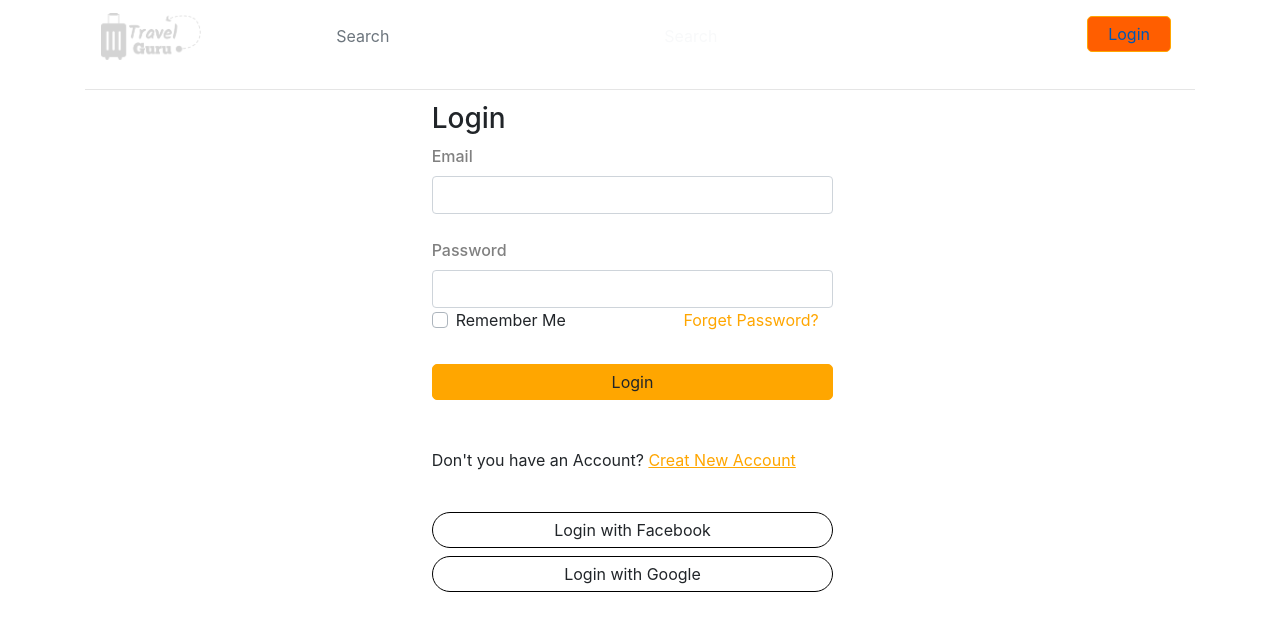
Repository: YunProgrammer/travel-website-project-tho
Page: /login (app in client/)
These files come from the project's save history. The page is drawn as it stood at one moment and after the next save; the edit follows.
The browser window is 1280 px wide. The pictures show the whole page.
The pointer rests on the first visible `.myBtn`.
The project was rebuilt for these pictures with package versions that can differ from the ones it lists, and the page was loaded fresh each time. A package was used in the major version that the imports need, not the one package.json lists. Also part of the build but not shown: client/src/App.css, client/src/Components/HomePage/data.js, client/src/Components/HomePage/HomePage.js, client/src/Components/BookingPage/BookingPage.js, client/src/Components/PrivateRoute/PrivateRoute.js, client/src/Components/SearchPage/searchData.js, client/src/Components/SearchPage/SearchShower.js, client/src/Components/SearchPage/SearchPage.js and 2 more.

Above is the page before, as saved 2020-09-19 20:32:03.

### client/src/index.js
// import React from 'react';
// import ReactDOM from 'react-dom';
// import './index.css';
// import App from './App';
// import * as serviceWorker from './serviceWorker';
// import './index.css';
// import { BrowserRouter } from 'react-router-dom';
// ReactDOM.render(
//   <React.StrictMode>
//     <BrowserRouter>
//     <App />
//     </BrowserRouter>
//   </React.StrictMode>,
//   document.getElementById('root')
// );

// If you want your app to work offline and load faster, you can change
// unregister() to register() below. Note this comes with some pitfalls.
// Learn more about service workers: https://bit.ly/CRA-PWA
// serviceWorker.unregister();
import React from 'react';
import ReactDOM from 'react-dom/client';
import './index.css';
import App from './App';
import { BrowserRouter } from 'react-router-dom';
import { AuthProvider } from './Components/authProvider';
const root = ReactDOM.createRoot(document.getElementById('root'));
root.render(
  <React.StrictMode>
    <BrowserRouter>
    <AuthProvider>
        <App />
    </AuthProvider>
    </BrowserRouter>

  </React.StrictMode>
);

### client/src/index.css
@import url('https://fonts.googleapis.com/css2?family=Open+Sans:wght@400;500;600;700&display=swap');


body {
  margin: 0;
  font-family: -apple-system, BlinkMacSystemFont, 'Segoe UI', 'Roboto', 'Oxygen',
    'Ubuntu', 'Cantarell', 'Fira Sans', 'Droid Sans', 'Helvetica Neue',
    sans-serif;
  -webkit-font-smoothing: antialiased;
  -moz-osx-font-smoothing: grayscale;
}

code {
  font-family: source-code-pro, Menlo, Monaco, Consolas, 'Courier New',
    monospace;
}
@tailwind base;
@tailwind components;
@tailwind utilities;

### client/src/App.js
import React from 'react';
import { createContext, useState } from 'react';
import './App.css';
import {
  BrowserRouter as Router,
  Switch,
  Route
} from "react-router-dom";
import HomePage from './Components/HomePage/HomePage';
import BookingPage from './Components/BookingPage/BookingPage';
import NavBar from './Components/NavBar/NavBar';
import LogInPage from './Components/LogInPage/LogInPage';
import PrivateRoute from './Components/PrivateRoute/PrivateRoute';
import SearchPage from './Components/SearchPage/SearchPage';
import NotFoundPage from './Components/NotFoundPage/NotFoundPage';

export const userStatusContext = createContext();

function App() {
  const[userStatus, setUserStatus] = useState({
    isNewUser: false,
  });

  return (
    <userStatusContext.Provider value={[userStatus, setUserStatus]}>
    <Router>
      <NavBar />
      <Switch>
        <Route exact path="/" component={HomePage} />
        <Route exact path="/booking/:category" component={BookingPage} />
        <Route exact path="/login" component={LogInPage} />
        <PrivateRoute exact path="/searches">
          <SearchPage />
        </PrivateRoute>
        <Route exact path="*" component={NotFoundPage}/>
      </Switch>
    </Router>
    </userStatusContext.Provider>
  );
}

export default App;

### client/src/Components/authProvider/index.js
import { createContext, useState } from "react";

const AuthContext = createContext({});

export const AuthProvider = ({ children }) => {
    const [auth, setAuth] = useState({});

    return (
        <AuthContext.Provider value={{ auth, setAuth }}>
            {children}
        </AuthContext.Provider>
    )
}

export default AuthContext;

### client/src/Components/NavBar/NavBar.js
import React, { useContext } from 'react';
import logo from '../../images/Logo.png';
import '../HomePage/HomePage.css';
import { Link } from "react-router-dom";
import * as firebase from "firebase/app";
import { Form, FormControl, Nav, Navbar, Container, Button} from 'react-bootstrap';
import { userStatusContext } from '../../App';

const NavBar = () => {
    const NavLinksClassVersion = "ml-sm-2 ml-3 mr-sm-2 mr-3 navLinks";
    const[userStatus, setUserStatus] = useContext(userStatusContext);
    console.log(userStatus);
    //signOut operation starts from here
    const signOut = () => {
        firebase.auth().signOut().then(function() {
            // Sign-out successful.
        }).catch(function(error) {
        // An error happened.
        });
        const updateUserStatus = {...userStatus};
        delete updateUserStatus.authorized;
        setUserStatus(updateUserStatus);
    }

    return (
        <div>
            <Container className="fixed-top">
            <Navbar className="myNavStyle">
            <Navbar.Brand><Link to="/"><img src={logo} alt="" className="logo"/></Link></Navbar.Brand>
            <Navbar.Toggle aria-controls="basic-navbar-nav" />
            <Navbar.Collapse id="basic-navbar-nav">
                <Form inline className="ml-sm-2 ml-md-auto">
                <FormControl type="text" placeholder="Search" className="mr-sm-2 border border-white rounded-pill mySearchStyle"/>
                <Button variant="outline-light" className="border border-white rounded-pill">Search</Button>
                </Form>
                <Nav>
                <Nav.Link href="#" className={NavLinksClassVersion}>News</Nav.Link>
                <Nav.Link href="#" className={NavLinksClassVersion}>Destination</Nav.Link>
                <Nav.Link href="#" className={NavLinksClassVersion}>Blog</Nav.Link>
                <Nav.Link href="#" className={NavLinksClassVersion}>Contact</Nav.Link>
                {
                    userStatus.authorized
                    ?   <button className="ml-sm-2 ml-3 mr-sm-2 mr-3 myBtn" onClick={signOut}>Logout</button>
                    :   <Link to="/login"><button className="ml-sm-2 ml-3 mr-sm-2 mr-3 myBtn">Login</button></Link>
                }
                </Nav>
            </Navbar.Collapse>
            </Navbar>
            <hr/>
            </Container>
        </div>
    );
};

export default NavBar;

### client/src/Components/LogInPage/LogInPage.js
import React, { useContext, useState } from 'react';
import '../HomePage/HomePage.css';
import { Link, useHistory, useLocation } from "react-router-dom";
import { Form, Row, Col, Alert } from 'react-bootstrap';
import * as firebase from "firebase/app";
import "firebase/auth";
import firebaseConfig from '../../firebase.config';
import { userStatusContext } from '../../App';


//styling portion is here
const LogInPageStyle = {
    LogInPageStyle:{
        paddingTop: '8%',
        paddingBottom: '2%',
    },
    inputText:{
        color: 'grey',
        fontWeight: '500',
    },
    optionalBtn:{
        width: '100%',
        border:'1px solid black',
        borderRadius: '25px',
        padding: '5px 0px',
    },
    link:{
        color: 'rgb(255, 166, 0)',
        cursor: 'pointer',
        textDecoration: 'underline',
    }

}
//Styling portion ends here


//firebase initialization
firebase.initializeApp(firebaseConfig);


const LogInPage = () => {

    const[userStatus, setUserStatus] = useContext(userStatusContext); //Calling Context api
    console.log(userStatus);
    const[authCondition, setAuthCondition] = useState({});

    //things for private routing
    const history = useHistory();
    const location = useLocation();
    const { from } = location.state || { from: { pathname: "/" } };
    //things for private routing ends here.....
    // & the rest thing is below.....

    const updatingAuthCondition = (boolean, message) =>{
        const authStatus = {
            authSuccess: boolean,
            authMessage: message,
        }
        setAuthCondition(authStatus);
    }

    //showing alert if password didn't match while creating a new account
    const [show, setShow] = useState(false);
    const myAlert =
        <Alert variant="danger" onClose={() => setShow(false)} dismissible>
        <Alert.Heading>Your Password didn't match</Alert.Heading>
        <p>Make sure that you type the same password in the 'confirmPassword' box which you gave in the 'password' box. </p>
    </Alert>;
    //showing alert ends here.....

    //Google LogIn starts here
    const loginWithGoogle = () =>{
        const provider = new firebase.auth.GoogleAuthProvider(); //declaring Google Provider
        const updateUserStatus = {...userStatus};
        firebase
        .auth()
        .signInWithPopup(provider)
        .then(function(result) {
            var user = result.user;
            //updating userStatus
            updateUserStatus.email= user.email;
            updateUserStatus.authorized= user.email;
            updatingAuthCondition(true, "You've signed in successfully");
            history.replace(from);
          })
        .catch(function(error) {
            var errorMessage = error.message;
            updatingAuthCondition(false, errorMessage);
        });
        setUserStatus(updateUserStatus);
    }
    //Google LogIn ends here.....


    //Facebook LogIn starts here
    const loginWithFacebook = () =>{
        const fbProvider = new firebase.auth.FacebookAuthProvider(); //declaring Facebook Provider
        const updateUserStatus = {...userStatus};
        firebase
        .auth()
        .signInWithPopup(fbProvider)
        .then(function(result) {
            const user = result.user;
            //updating userStatus
            updateUserStatus.email= user.email;
            updateUserStatus.authorized= user.displayName;
            updatingAuthCondition(true, "You've signed in successfully");
            history.replace(from);
        })
        .catch(function(error) {
            const errorMessage = error.message;
            updatingAuthCondition(false, errorMessage);
        });
        setUserStatus(updateUserStatus);
    }
    //Facebook LogIn ends here.....


    //"Declaring SignUp or SignIn option" starts here
    const signInOrSignUpDeclaration = (operationName) => {
        const updateUserStatus = {...userStatus};
        if (operationName === 'signIn') {
            updateUserStatus.isNewUser= false;
        }
        else if (operationName === 'signUp') {
            updateUserStatus.isNewUser= true;
        }
        setUserStatus(updateUserStatus);
    }
    //"Declaring SignUp or SignIn option" ends here.....


    //taking Inputs from inputFields and updating contextApi
    const takingFieldDataAndUpdatingContextAPI = e =>{
        const name = e.target.name;
        const value = e.target.value;
        let isInputFieldValid = true;

        //password and email validation
        if(name === 'email'){
            isInputFieldValid = /\S+@\S+\.\S+/.test(value);
            if (isInputFieldValid === true) {
                updatingAuthCondition(true, "  ");
            }else{
                updatingAuthCondition(false, "Invalid email");
            }
        }
        if(name === 'password'){
            isInputFieldValid = /^(?=.*\d)(?=.*[a-z])(?=.*[A-Z])[0-9a-zA-Z]{6,}$/.test(value);
            //checking at least 6 characters(one number, one uppercase & one lowercase)
            console.log(isInputFieldValid);
            if (isInputFieldValid === true) {
                updatingAuthCondition(true, "  ");
            }else{
                updatingAuthCondition(false, "Invalid password");
            }
        }
        if(name === 'confirmPassword'){
            if (userStatus.confirmPassword === userStatus.password) {
                setShow(false);
            }else{
                setShow(true);
            }
        }
        if (isInputFieldValid) {
            const userInfo = {...userStatus};
            userInfo[name] = value;
            setUserStatus(userInfo);
        }
    }
    //taking Inputs from inputFields and updating contextApi ends here.....


    //Sign in or Sign up Option starts from here
    const signUpOrSignInOperation = e => {

        // SigningIn of an already existing user
        if (userStatus.isNewUser === false ) {
            firebase
            .auth()
            .signInWithEmailAndPassword(userStatus.email, userStatus.password)
            .then( res =>{
                updatingAuthCondition(true, "You've signed in successfully");
                const updateUserStatus = {...userStatus};
                updateUserStatus.authorized= res.user.email;
                setUserStatus(updateUserStatus);
                history.replace(from);
            })
            .catch(function(error) {
                const errorMessage = error.message;
                updatingAuthCondition(false, errorMessage)
            });
        }

        //Creating a new User Account
        if (userStatus.isNewUser === true) {

            updatingAuthCondition(false, '');

            if (userStatus.confirmPassword === userStatus.password) {
                setShow(false);
                firebase
                .auth()
                .createUserWithEmailAndPassword(userStatus.email, userStatus.password)
                .then(res => {
                    const updateUserStatus = {...userStatus};
                    updateUserStatus.isNewUser= false;
                    updateUserStatus.authorized= res.user.email;
                    // console.log("account created");
                    setUserStatus(updateUserStatus);
                    history.replace(from);
                })
                .catch(function(error) {
                    const errorMessage = error.message;
                    console.log(errorMessage);
                });
            }
            else{ setShow(true) }
        }

        e.preventDefault();
    }
    //Sign in or Sign up Option ends from here



    return (

        <div style={LogInPageStyle.LogInPageStyle}>
            <Row style={{marginRight:"0px"}}>
            <Col md={4}></Col>

            <Col sm={12} md={4}>

                { show && myAlert }
                {authCondition.authSuccess ===true && <p style={{color: 'green'}}>{authCondition.authMessage}</p> }
                {authCondition.authSuccess ===false && <p style={{color: 'red'}}>{authCondition.authMessage}</p> }

                {   /**Showing Conditionally 'Title'*/
                    userStatus.isNewUser
                    ?<h3>Creat New Account</h3>
                    :<h3>Login</h3>
                    /**Showing Conditionally ends here*/
                }

                <Form>
                <Form.Group >

                    {   /**Showing Conditionally 'Name Fields'*/
                        userStatus.isNewUser && <div>
                            <Form.Label style={LogInPageStyle.inputText}>First Name</Form.Label>
                            <Form.Control type="text" name="fName" onBlur={takingFieldDataAndUpdatingContextAPI} />
                            <br/>
                            <Form.Label style={LogInPageStyle.inputText}>Last Name</Form.Label>
                            <Form.Control type="text" name="lName" onBlur={takingFieldDataAndUpdatingContextAPI} />
                            <br/>
                        </div>
                        /**Showing Conditionally ends here*/
                    }
                    <Form.Label style={LogInPageStyle.inputText}>Email{userStatus.isNewUser && <span style={{color:'red'}}>*</span>}</Form.Label>
                    <Form.Control type="email" name="email" onBlur={takingFieldDataAndUpdatingContextAPI} required />
                    <br/>

                    <Form.Label style={LogInPageStyle.inputText}>Password{userStatus.isNewUser && <span style={{color:'red'}}>*</span>}</Form.Label>
                    <Form.Control type="password" name="password" onBlur={takingFieldDataAndUpdatingContextAPI} required />

                    {userStatus.isNewUser && <p><small>Password must have 6 characters<i>(1 number, 1 uppercase and 1 lowercase)</i></small></p> }

                    {   /**Showing Conditionally 'confirm password' filed*/
                        userStatus.isNewUser && <div>
                            <Form.Label style={LogInPageStyle.inputText}>Confirm Password<span style={{color:'red'}}>*</span></Form.Label>
                            <Form.Control type="password" name="confirmPassword" onBlur={takingFieldDataAndUpdatingContextAPI} required />
                        </div>
                        /**Showing Conditionally ends here*/
                    }
                    <Row>
                        <Col sm={7}>
                            <Form.Check
                            type="checkbox"
                            id="customControlAutosizing"
                            label="Remember Me"
                            custom
                            />
                        </Col>
                        <Col sm={5}>
                            <Link style={{color: 'rgb(255, 166, 0)'}}><p>Forget Password?</p></Link>
                        </Col>
                    </Row>
                </Form.Group>
                    <button className="myBtn" style={{width: '100%'}} onClick={signUpOrSignInOperation}>
                        {   /**Showing Conditionally 'Button Name'*/
                            userStatus.isNewUser
                            ?'Creat New account'
                            :'Login'
                            /**Showing Conditionally ends here*/
                        }
                    </button>
                </Form>
                    <br/>
                    <br/>
                {
                    userStatus.isNewUser
                    ?<p>Already have an Account? <span style={LogInPageStyle.link} onClick={()=>signInOrSignUpDeclaration('signIn')}>Login</span></p>
                    :<p>Don't you have an Account? <span style={LogInPageStyle.link} onClick={()=>signInOrSignUpDeclaration('signUp')}>Creat New Account</span></p>
                }

                <br/>

                <button style={LogInPageStyle.optionalBtn} onClick={loginWithFacebook} className="mb-2">
                    Login with Facebook
                </button>
                <br/>

                <button style={LogInPageStyle.optionalBtn} onClick={loginWithGoogle}>
                    Login with Google
                </button>

            </Col>
            <Col md={4}></Col>
            </Row>
        </div>
    );
};

export default LogInPage;

### client/src/Components/HomePage/HomePage.css
@import url('https://fonts.googleapis.com/css2?family=Montserrat:ital,wght@0,500;0,700;1,300;1,600&display=swap');
.homePage{
    background: url(../../images/Image/Rectangle\ 1.png);
    box-shadow: inset 0 0 0 1000px rgba(0, 0, 0, 0.644);
    padding-top: 5%;
    padding-bottom: 5.5%;
    background-size: 100%;
    height: 100vh;
}
.homeMainPortion h1, .homeMainPortion p{
    color: white;
    font-family: 'Montserrat', sans-serif;
}
.SelectedPlace{
    padding-left: 30px;
    padding-top: 20px;
}
.SelectedPlace h1{
    text-transform: uppercase;
    font-size: 50px;
    font-weight: 800;
}
.headerImg{
    display: flex;
    justify-content: space-between;
}
.selectedItem{
    border: 4px solid orange;
}
.headerImg  img{
    width: 90%;
    background: linear-gradient(0.12deg, #000000 0.1%, rgba(0, 0, 0, 0) 69.96%);
    border-radius: 20px;
}
.headerImg  img:hover{
    box-sizing: border-box;
    border: 4px solid orange;
    overflow: hidden;
}
.logo{
    width: 100px;
    color: white;
    margin: 0px;
    filter: invert(100%);
}
.myNavStyle{
    background-color: rgba(240, 248, 255, 0) !important;
}
.mySearchStyle{
    background-color: rgba(255, 255, 255, 0.239) !important;
    width: 20rem !important;
}
.navLinks{
    color: white !important;
}
.myBtn{
    background-color: rgb(255, 166, 0);
    border: 1px solid rgb(255, 166, 0);
    border-radius: 5px;
    padding: 5px 20px;
    transition: all 600ms;
}
.myBtn:hover{
    background-color: rgb(255, 94, 0);
}
.homeMainPortion{
    padding: 50px 0px;
    padding-top: 5rem;
    margin: 0px;
}
.toggleBtn{
    font-size: 30px;
    width: 55px;
    height: 55px;
    border: 1px solid white;
    border-radius: 50%;
}
.toggleBtn:hover{
    background-color: orange;
}
.toggleBtn:nth-child(2){
    margin-left: 20px;
}
.controls{
    position: absolute;
    left: 50%;
    transform: translateX(-50%);
}

### client/src/firebase.config.js
const firebaseConfig = {
    apiKey: "AIzaSyA6GPOLMEMaNXbgFD-BDFOklLORKaBoGVE",
    authDomain: "travel-guru-aa.firebaseapp.com",
    databaseURL: "https://travel-guru-aa.firebaseio.com",
    projectId: "travel-guru-aa",
    storageBucket: "travel-guru-aa.appspot.com",
    messagingSenderId: "246451434793",
    appId: "1:246451434793:web:869d4ef5ee22dc2ddb7338"
  };
export default firebaseConfig;

Loaded but not shown: client/public/index.html (common file); client/tailwind.config.js (common file); client/public/manifest.json (common file)

After the next save:
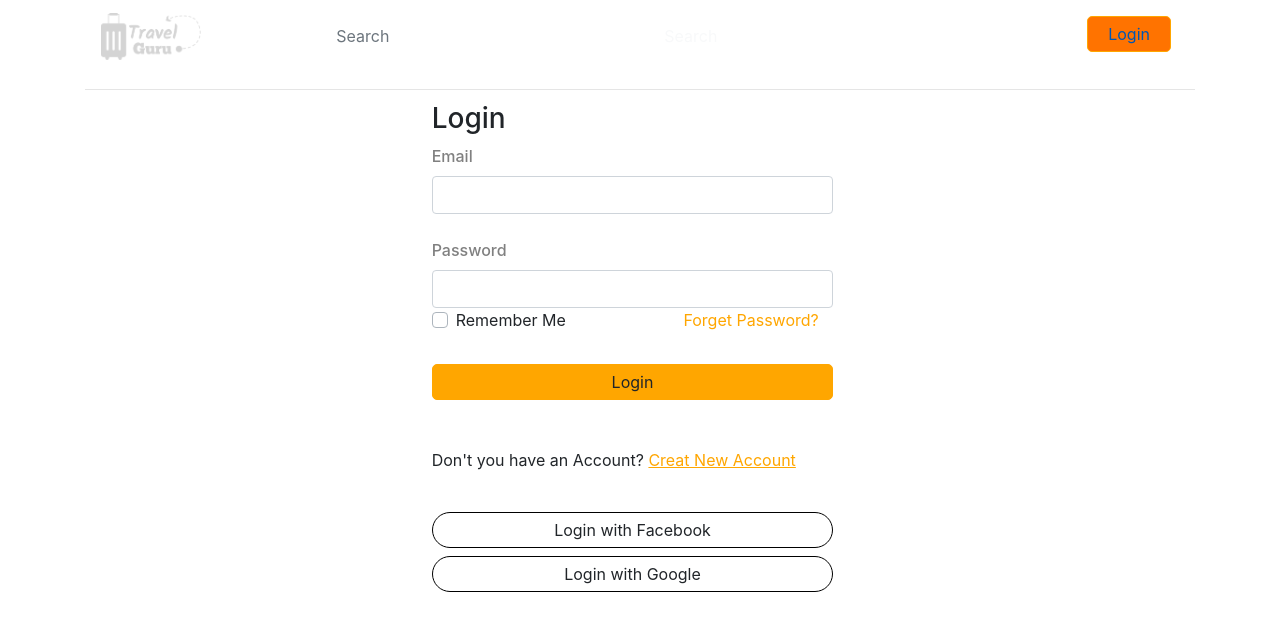
Saved 17 s later.
--- a/client/src/Components/HomePage/HomePage.css
+++ b/client/src/Components/HomePage/HomePage.css
@@ -61,7 +61,7 @@
     transition: all 600ms;
 }
 .myBtn:hover{
-    background-color: rgb(255, 94, 0);
+    background-color:rgb(255, 115, 0);
 }
 .homeMainPortion{
     padding: 50px 0px;
